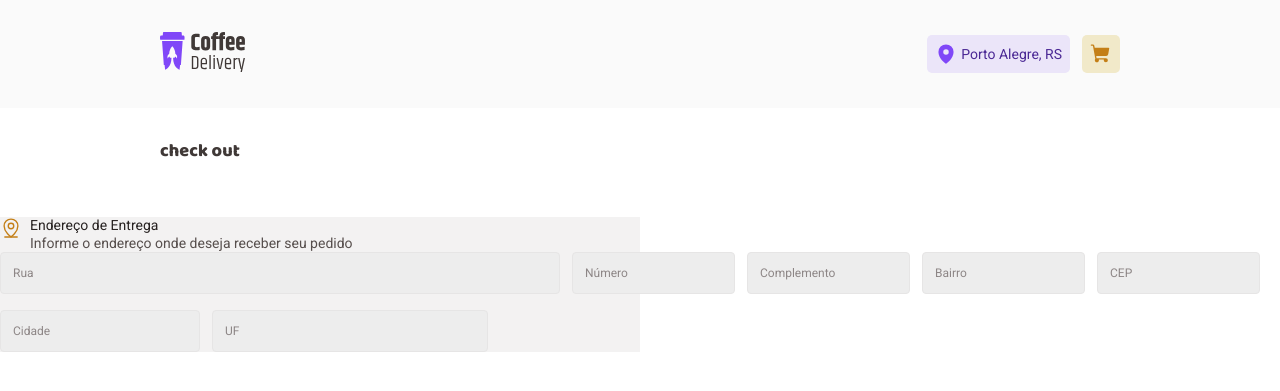
Repository: caueenrico/CoffeDelivery
Page: /checkout
These files come from the project's save history. The page is drawn as it stood at one moment and after the next save; the edit follows.
The browser window is 1280 px wide. The pictures show the whole page.
The project was rebuilt for these pictures with package versions that can differ from the ones it lists, and the page was loaded fresh each time. Also part of the build but not shown: vite.config.ts, src/components/CoffesOptions/styled.ts, src/components/CoffeCards/styles.ts, src/components/IpuntNumber/styles.ts, src/components/IpuntNumber/index.tsx, src/components/CartOfCard/styles.ts, src/components/CartOfCard/index.tsx, src/utils/formatMoney.ts and 4 more.

Above is the page before, as saved 2022-09-22 15:10:23.

### index.html
<!DOCTYPE html>
<html lang="en">
  <head>
    <meta charset="UTF-8" />

    <link rel="preconnect" href="https://fonts.googleapis.com" />
    <link rel="preconnect" href="https://fonts.gstatic.com" crossorigin />
    <link
      href="https://fonts.googleapis.com/css2?family=Baloo+2:wght@700;800&family=Roboto:wght@400;700&display=swap"
      rel="stylesheet"
    />

    <link rel="icon" type="image/svg+xml" href="/vite.svg" />
    <meta name="viewport" content="width=device-width, initial-scale=1.0" />
    <title>Vite + React + TS</title>
  </head>
  <body>
    <div id="root"></div>
    <script type="module" src="/src/main.tsx"></script>
  </body>
</html>

### src/App.tsx
import { BrowserRouter } from "react-router-dom";
import { ThemeProvider } from "styled-components";
import { Router } from "./Router";
import { defaultTheme } from "./styles/themes/default";
import { GlobalStyle } from "./styles/themes/global";

export function App() {
  return (
    <ThemeProvider theme={defaultTheme}>
      <BrowserRouter>
        <Router />
      </BrowserRouter>
      <GlobalStyle />
    </ThemeProvider>
  );
}

### src/Router.tsx
import { Routes, Route } from 'react-router-dom'
import { DefaultLayout } from './layouts/DefaultLayout'
import { CheckOut } from './pages/CheckOut'
import { Home } from './pages/Home'



export function Router() {
  return (
    <Routes>
      <Route path="/" element={<DefaultLayout />}>
        <Route path="/" element={<Home />} />
        <Route path="/checkout" element={<CheckOut />} />
      </Route>
    </Routes>
  )
}

### src/styles/themes/default.ts
export const defaultTheme = {
  white: '#FFFFFF',

  // PRODUTOS
  'yellow-dark': '#C47F17',
  'yellow': '#DBAC2C',
  'yellow-light': '#F1E9C9',

  'purple-dark': '#4B2995',
  'purple': '#8047F8',
  'purple-light': '#EBE5F9',

  //BASE
  'title':'#272221',
  'subtitle': '#403937',
  'text':'#574F4D',
  'label':'#8D8686',
  'hover':'#D7D5D5',
  'button':'#E6E5E5',
  'input':'#EDEDED',
  'card':'#F3F2F2',
  'background':'#FAFAFA'
}

### src/styles/themes/global.ts
import { createGlobalStyle } from "styled-components";


export const GlobalStyle = createGlobalStyle`
  *{
    margin: 0;
    padding: 0;
    box-sizing: border-box;
  }

  :focus{
    outline: 0;
  }

  body{
    -webkit-font-smoothing: antialiased;
  }

  body,input,textarea,button{
    font-family: 'Roboto', sans-serif;
    font-weight: 400;
    font-size: 1rem;
  }

  input::-webkit-outer-spin-button,
  input::-webkit-inner-spin-button {
    -webkit-appearance: none;
    margin: 0;
  }
  input[type="number"] {
    -moz-appearance: textfield;
  }

`

### src/layouts/DefaultLayout/index.tsx
import { Outlet } from 'react-router-dom'
import { Header } from '../../components/Header'
import { LayoutContainer } from './styles'

export function DefaultLayout() {
  return (
    <div>
      <LayoutContainer>
        <Header />
        <Outlet />
      </LayoutContainer>
    </div>
  )
}

### src/pages/CheckOut/index.tsx
import { MapPinLine } from "phosphor-react";
import { useTheme } from "styled-components";
import { TilteText } from "../Home/styles";
import { AddressForm } from "./AddresForm";
import { TextCheck } from "./components/TextosCheck";
import { AddressFormContainer, ContainerCheckOut } from "./styles";


export function CheckOut (){

  return(
    <>
    <TilteText>
      check out
    </TilteText>

    <ContainerCheckOut>
      <TextCheck
      icon={<MapPinLine size={22} color="#C47F17"/>}
      title='Endereço de Entrega'
      subtitle="Informe o endereço onde deseja receber seu pedido"
      />


        <AddressForm />


    </ContainerCheckOut>
    </>
  )
}

### src/components/Header/index.tsx
import { HeaderContainer, NavHeaders } from "./styles";
import logo from '../assets/logo.svg';
import { Locations } from "../Locations";
import { Cart } from "../Cart";
import { NavLink } from "react-router-dom";


export function Header() {
  return (
    <HeaderContainer>
      <NavLink to='/'>
      <img src={logo} alt="" />
      </NavLink>

      <NavHeaders>
        <Locations />
        <NavLink to='/checkout'>
          <Cart/>
        </NavLink>
      </NavHeaders>
    </HeaderContainer>
  );
}

### src/layouts/DefaultLayout/styles.ts
import styled from 'styled-components'

export const LayoutContainer = styled.div`

`

### src/pages/Home/styles.ts
import Background from '../assets/Background.png'

import styled from "styled-components";

export const BannerContainer = styled.div`

display: flex;
align-items: center;
justify-content: space-between;

padding: 94px 160px;

background-image: url(${Background});
background-position: center;
background-repeat: no-repeat;
background-size: cover;

`

export const TextContainer = styled.div`
 max-width: 588px;

 h1{
  font-family: 'Baloo 2';
  font-style: normal;
  font-weight: 800;
  font-size: 48px;
  line-height: 130%;
  color: ${props => props.theme['title']}
 }

  span {
    font-family: 'Roboto';
    font-weight: 400;
    font-size: 20px;
    line-height: 130%;
    color: ${props => props.theme['subtitle']}
  }




`

export const Benefist = styled.div `

  margin-top: 66px;
  max-width: 567px;
  color: ${props => props.theme['text']};

  ul {
    list-style-type: none;
    display: flex;
    gap: 40px;

  }

  ul li{
    font-size: 16px;
    display: flex;
    align-items: center;
    margin-bottom: 20px;
    gap: 12px;


  }

  .test{
    width: 231px;
  }
`

export const ProductsContainer = styled.div`

  h1{
    font-family: 'Baloo 2';
    font-style: normal;
    font-weight: 800;
    font-size: 32px;
    line-height: 130%;

    margin-left: 160px;
    margin-top: 32px;
    margin-bottom: 54px;

    color:${props => props.theme['subtitle']}
  }



`

export const TilteText = styled.h1`
    font-family: 'Baloo 2';
    font-style: normal;
    font-weight: 800;
    font-size: 18px;
    line-height: 130%;

    margin-left: 160px;
    margin-top: 32px;
    margin-bottom: 54px;

    color:${props => props.theme['subtitle']}
`

### src/pages/CheckOut/AddresForm.tsx
import { InputForm } from "../../components/InpuitForm";
import { AddressFormContainer } from "./styles";



export function AddressForm(){
  return(
    <AddressFormContainer>
      <InputForm placeholder="CEP" type='number' className="cep"/>
      <InputForm placeholder="Rua" className="street"/>
      <InputForm placeholder="Número" type='number'/>
      <InputForm placeholder="Complemento" className="complemento"/>
      <InputForm placeholder="Bairro" />
      <InputForm placeholder="Cidade"/>
      <InputForm placeholder="UF"/>
    </AddressFormContainer>
  )
}

### src/pages/CheckOut/components/TextosCheck/index.tsx
import { ReactNode } from "react"
import { SectionTitleContainer } from "./styles"

interface TextCheckProps{
  title: string
  subtitle: string
  icon: ReactNode
}

export function TextCheck({title,subtitle,icon}: TextCheckProps){
  return(
    <SectionTitleContainer>
      {icon}
      <div>
        <h1>{title}</h1>
        <span>{subtitle}</span>
      </div>
    </SectionTitleContainer>
  )
}

### src/pages/CheckOut/styles.ts
import styled from "styled-components";

export const ContainerCheckOut = styled.div `

  display: flex;
  flex-direction: column;
  width: 40rem;
  background: ${props => props.theme.card};
`

export const AddressFormContainer = styled.div`
  width: 100%;
  display: grid;
  grid-template-columns: 12.5rem 17.25rem 3.75rem;
  column-gap: 0.75rem;
  row-gap: 1rem;
  grid-auto-flow: dense;

  .cep{
    grid-column: spam 3;
    max-width: 12.5rem;
  }

  .street{
    grid-column: span 3;
  }

  .complement {
    grid-column: span 2;
  }

`

### src/components/Header/styles.ts
import styled from "styled-components";

export const HeaderContainer = styled.div`

  min-height: 104px;

  display: flex;
  align-items: center;
  justify-content: space-between;

  padding: 32px 160px;

  background-color: ${props => props.theme['background']};

  position: sticky;
  top: 0;
  left: 0;
  z-index: 5;

`
export const NavHeaders = styled.nav`
  display: flex;
  gap: 12px;

`

### src/components/Locations/index.tsx
import { MapPin } from "phosphor-react";
import { LocationsContainer } from "./styles";


export function Locations (){

  return (
    <LocationsContainer>
        <MapPin size={22} weight='fill' color="#8047F8"/> Porto Alegre, RS
    </LocationsContainer>
  )
}

### src/components/Cart/index.tsx
import { ShoppingCart } from "phosphor-react";
import React from "react";
import { CartContainer } from "./styles";

export function Cart (){
  return(
    <CartContainer>
      <ShoppingCart size={22} weight='fill'/>
    </CartContainer>
  )
}

### src/components/InpuitForm/index.tsx
import { InputHTMLAttributes } from "react";
import { InputStyleContainer } from "./styles";

type InputProps = InputHTMLAttributes<HTMLInputElement>

export function InputForm({...props}:InputProps ){
  return(
    <InputStyleContainer {...props}/>
  )
}

### src/pages/CheckOut/components/TextosCheck/styles.ts
import styled from "styled-components";

export const SectionTitleContainer = styled.div`
  display: flex;
  gap: 0.5rem;

  div{
    h1{
      font-size: 0.875rem;
      font-weight: 400;
      color: ${props => props.theme.title};
    }
    span{
      font-size: 0.875rem;
      font-weight: 400;
      color: ${props => props.theme.text};
    }
  }

`

### src/components/Locations/styles.ts
import styled from "styled-components";

export const LocationsContainer = styled.div`
  border-radius: 5px;

  max-width: 143px;
  padding: 8px;
  font-size: 14px;

  background-color: ${props => props.theme['purple-light']};
  color: ${props => props.theme['purple-dark']};

  display: flex;
  justify-content: center;
  align-items: center;
  gap: 4px;



`

### src/components/Cart/styles.ts
import styled from "styled-components";

export const CartContainer = styled.button`
  max-width: 38px;
  max-height: 38px;
  border-radius: 5px;
  border: none;

  background-color: ${props => props.theme['yellow-light']};
  color: ${props => props.theme['yellow-dark']};

  display: flex;
  align-content: center;
  align-items: center;

  padding: 8px;

`

### src/components/InpuitForm/styles.ts
import styled from "styled-components";

export const InputStyleContainer = styled.input`
  height: 2.625rem;
  border-radius: 4px;
  border: 1px solid ${props => props.theme.button};
  background: ${props => props.theme.input};
  transition: 0.4s;

  &:focus{
    border-color: ${props => props.theme["yellow-dark"]};
  }

  color: ${props => props.theme["text"]};
  font-size: 00.75rem;
  padding: 0 0.75rem;

  &::placeholder{
    color: ${props => props.theme["label"]};
  }
`

Loaded but not shown: src/main.tsx (common file)

After the next save:
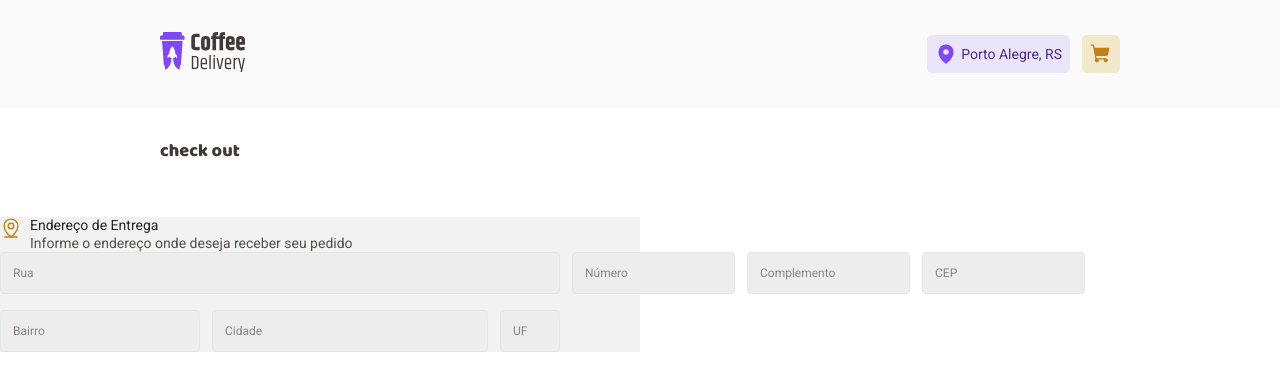
Saved 60 s later.
--- a/src/pages/CheckOut/styles.ts
+++ b/src/pages/CheckOut/styles.ts
@@ -25,7 +25,7 @@ export const AddressFormContainer = styled.div`
     grid-column: span 3;
   }
 
-  .complement {
+  .complemento {
     grid-column: span 2;
   }
 
